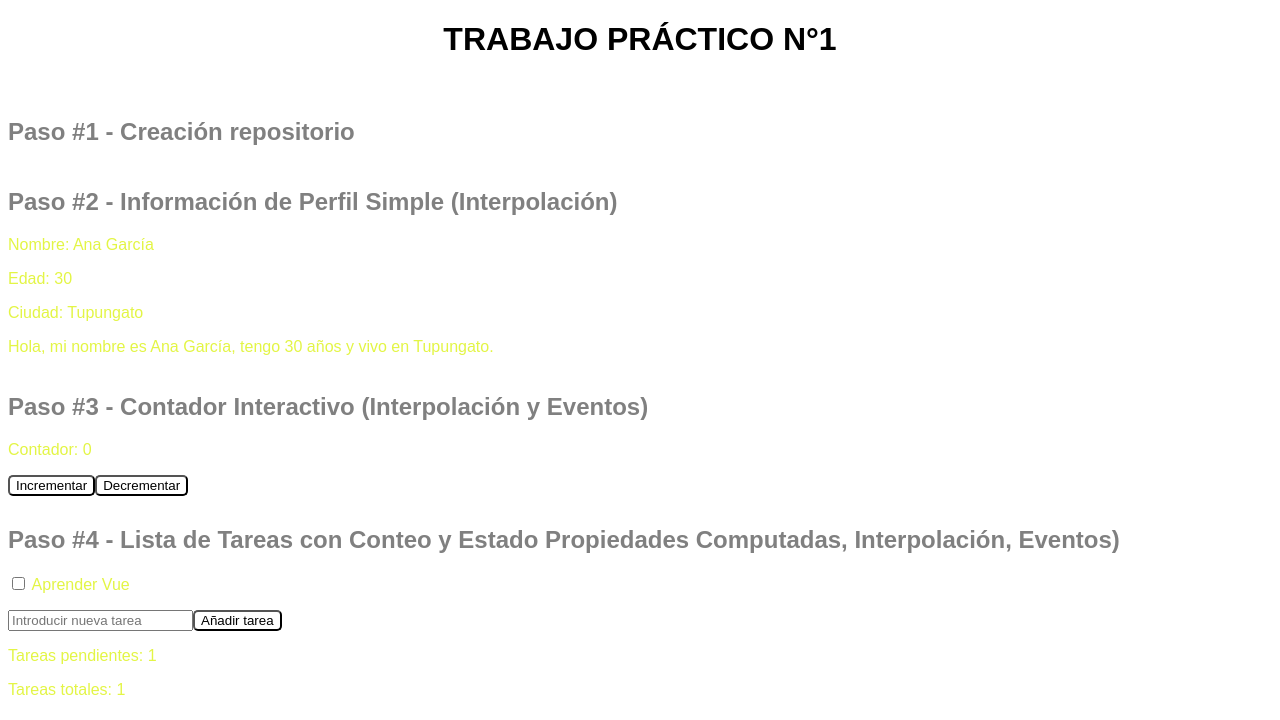
Repository: SofiaSferco/PWA
Page: practico01/index.html
These files come from the project's save history. The page is drawn as it stood at one moment and after the next save; the edit follows.
The browser window is 1280 px wide. The pictures show the whole page.

Above is the page before, as saved 2025-10-03 14:27:33.

### practico01/index.html
<!DOCTYPE html>
<html lang="en">
<head>
    <meta charset="UTF-8">
    <title>Trabajo Práctico 1</title>
    <script src="https://unpkg.com/vue@3/dist/vue.global.js"></script>
</head>
<body>
    <div id="app">
        <h1>TRABAJO PRÁCTICO N°1</h1>
        <br>
        <h2>Paso #1 - Creación repositorio</h2>
        <hr>
        <h2>{{ segundopaso }}</h2>
            <p>Nombre: {{ nombre }}</p>
            <p>Edad: {{ edad }}</p>
            <p>Ciudad: {{ ciudad }}</p>
            <p>Hola, mi nombre es {{ nombre }}, tengo {{ edad }} años y vivo en {{ ciudad }}.</p>
        <hr>
        <h2>{{ tercerpaso }}</h2>
            <p>Contador: {{ contador }}</p>
            <button v-on:click="contador++">Incrementar</button>
            <button @click="contador--">Decrementar</button>
        <hr>
        <h2>{{cuartopaso}}</h2>
        <ul>
            <li v-for="tarea in tareas" :key="tarea.id" :class="{tachar: tarea.completada}"><input type="checkbox" v-model="tarea.completada"> {{tarea.texto}}</li>
        </ul>
        <input v-model="nuevaTarea" placeholder="Introducir nueva tarea">
        <button @click="agregarTarea">Añadir tarea</button>
        <p>Tareas pendientes: {{tareasPendientes}}</p>
        <p>Tareas totales: {{tareasTotales}}</p>



    </div>
    <script>
        const { createApp } = Vue;
        createApp({
            data() {
                return {
                    segundopaso: 'Paso #2 - Información de Perfil Simple (Interpolación)',
                    nombre: 'Ana García',
                    edad: 30,
                    ciudad: 'Tupungato',
                    tercerpaso: 'Paso #3 - Contador Interactivo (Interpolación y Eventos)',
                    contador: 0,
                    cuartopaso: 'Paso #4 - Lista de Tareas con Conteo y Estado Propiedades Computadas, Interpolación, Eventos)',
                    nuevaTarea: '',
                    tareas: [{
                        id: 1,
                        texto: "Aprender Vue",
                        completada: false
                    }
                    ]
               }
            }, methods: {
                agregarTarea() {
                    if (this.nuevaTarea != "") { //asi como está admite espacios y permito agregar tareas vacias si uso this.nuevaTarea.trim() ahi limito eso
                        this.tareas.push({
                            id: this.tareas.length +1,
                            texto: this.nuevaTarea,
                            completada: false
                        })
                        }
                    this.nuevaTarea = '';
                    }
                }, computed: {
                    tareasPendientes() {
                        return this.tareas.filter (tarea => !tarea.completada).length;
                    },
                     tareasTotales() {
                        return this.tareas.length;
                    }
                }
            },
        ).mount('#app');
    </script>
</body>
<style>
    body {
        font-family: Arial, Helvetica, sans-serif;
        color: rgb(227, 245, 69)
    }
    h1{
        text-align: center;
        color: black;
    }
    h2 {
        color: gray;
    }
    hr {
        border: 1px solid #ffff;
        }
    button {
        background-color: #ffff;
        color: black;
        cursor: pointer;
        border-radius: 5px;
    }
    button:hover {
        background-color: rgb(177, 177, 240);
    }
    ul {
        list-style-type: none;
        padding-left: 0px;
    }
    .tachar{
        text-decoration: line-through;
        color: gray
    }
    input[type="checkbox"] {
        cursor: pointer;
    }
</style>
</html>

After the next save:
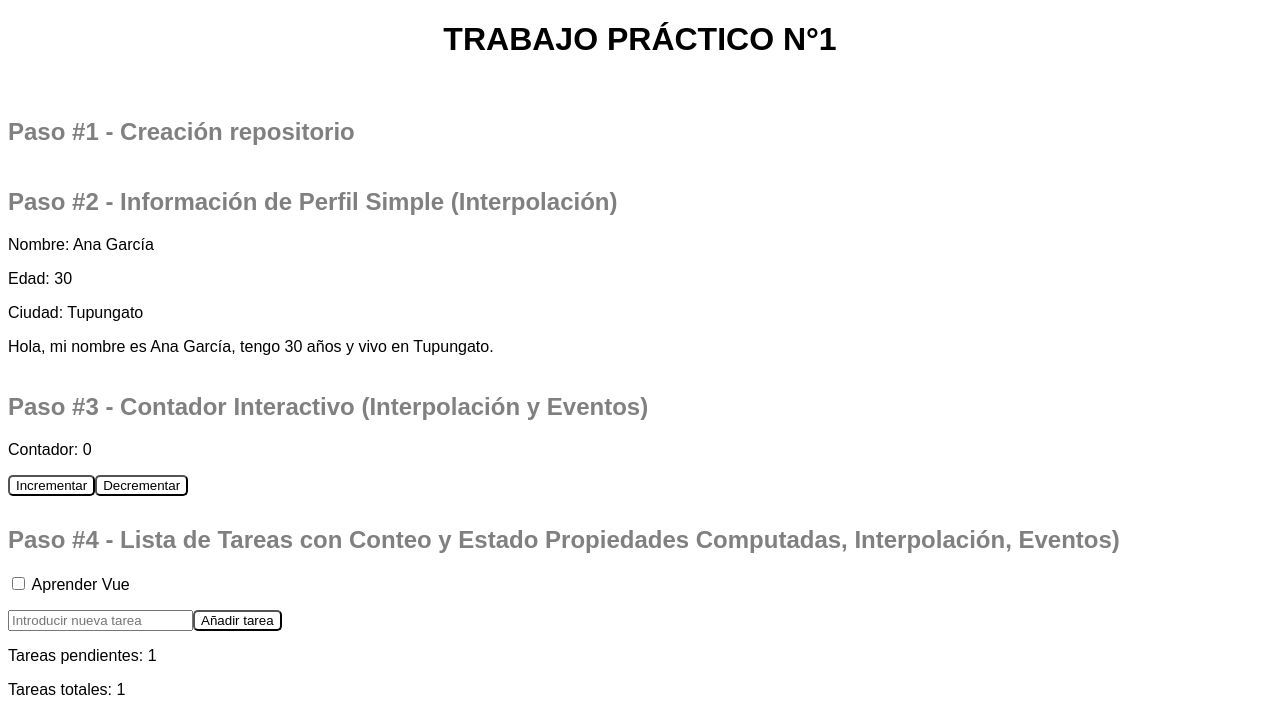
Saved 4 s later.
--- a/practico01/index.html
+++ b/practico01/index.html
@@ -80,7 +80,7 @@
 <style>
     body {
         font-family: Arial, Helvetica, sans-serif;
-        color: rgb(227, 245, 69)
+        color: rgb(0, 0, 0)
     }
     h1{
         text-align: center;
